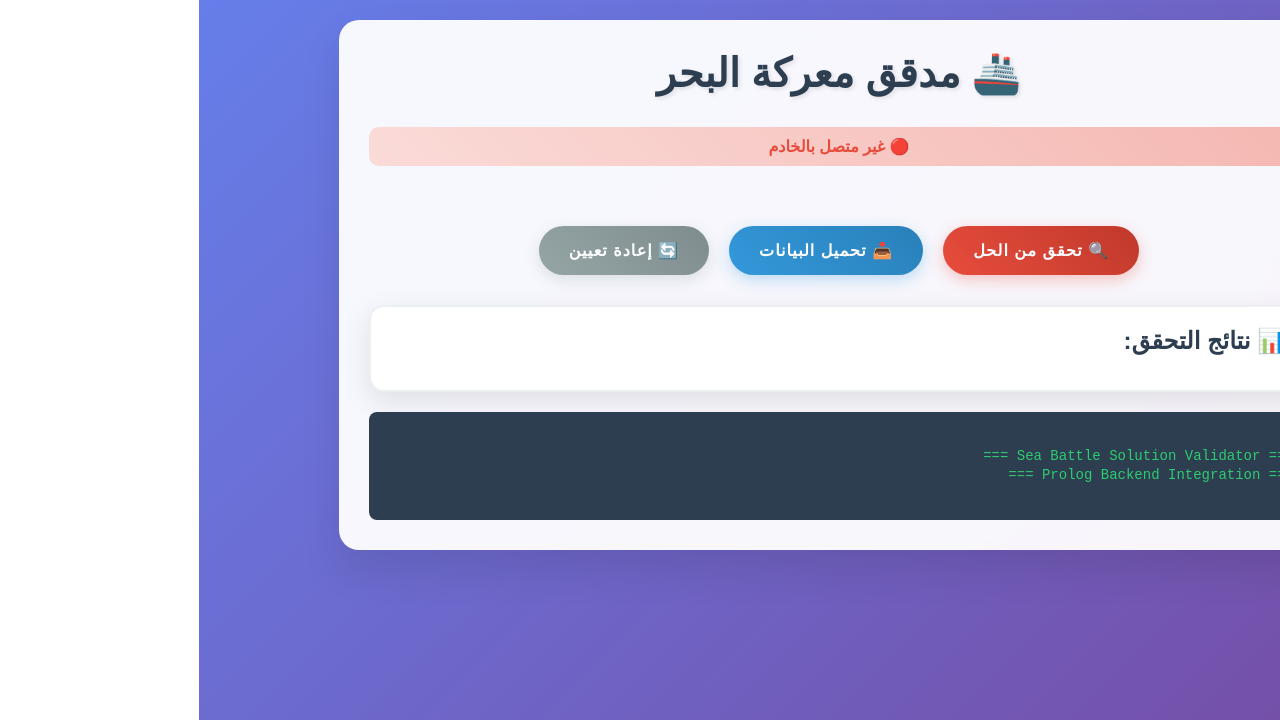
Repository: BORHOMJKJ0/SeaBattle
Page: static/index.html
These files come from the project's save history. The page is drawn as it stood at one moment and after the next save; the edit follows.
The browser window is 1280 px wide. The pictures show the whole page.

Above is the page before, as saved 2025-07-15 10:53:36.
Console error: SyntaxError: Identifier 'SERVER_URL' has already been declared

### static/index.html
<!DOCTYPE html>
<html lang="ar" dir="rtl">
<head>
    <meta charset="UTF-8" />
    <meta name="viewport" content="width=device-width, initial-scale=1" />
    <title>مدقق معركة البحر</title>
    <link rel="stylesheet" href="/styles.css" />
</head>
<body>
    <div class="container">
        <h1>🚢 مدقق معركة البحر</h1>

        <div id="server-status" class="server-status offline">
            🔴 غير متصل بالخادم
        </div>

        <div class="game-board">
            <div class="requirements-top" id="requirements-top"></div>

            <div class="board-rows" id="board-rows">
            </div>
        </div>

        <div class="controls">
            <button class="btn check-btn" id="check-btn">🔍 تحقق من الحل</button>
            <button class="btn load-btn" id="load-btn">📥 تحميل البيانات</button>
            <button class="btn reset-btn" id="reset-btn">🔄 إعادة تعيين</button>
        </div>

        <div class="loading" id="loading">
            <div class="spinner"></div>
            <p>جاري التحقق من الحل...</p>
        </div>

        <div class="results" id="results">
            <h3>📊 نتائج التحقق:</h3>
            <div id="log"></div>
        </div>

        <div class="console-output" id="console">
=== Sea Battle Solution Validator ===
=== Prolog Backend Integration ===
        </div>
    </div>

    <script src="static/script.js" defer ></script>
</body>
</html>

### styles.css
/* styles.css */
* {
    margin: 0;
    padding: 0;
    box-sizing: border-box;
}

body {
    font-family: 'Arial', sans-serif;
    background: linear-gradient(135deg, #667eea 0%, #764ba2 100%);
    min-height: 100vh;
    padding: 20px;
    color: #333;
}

.container {
    max-width: 1000px;
    margin: 0 auto;
    background: rgba(255, 255, 255, 0.95);
    border-radius: 20px;
    padding: 30px;
    box-shadow: 0 20px 40px rgba(0, 0, 0, 0.1);
    backdrop-filter: blur(10px);
    -webkit-backdrop-filter: blur(10px);
}

h1 {
    text-align: center;
    color: #2c3e50;
    margin-bottom: 30px;
    font-size: 2.5em;
    text-shadow: 2px 2px 4px rgba(0, 0, 0, 0.1);
}

.server-status {
    display: flex;
    justify-content: center;
    align-items: center;
    margin-bottom: 20px;
    padding: 10px;
    border-radius: 10px;
    font-weight: bold;
}

.server-status.online {
    background: linear-gradient(45deg, #d5f4e6, #c8e6c9);
    color: #27ae60;
}

.server-status.offline {
    background: linear-gradient(45deg, #fadbd8, #f5b7b1);
    color: #e74c3c;
}

.game-board {
    display: flex;
    flex-direction: column;
    align-items: center;
    margin-bottom: 30px;
}

.requirements-top {
    display: grid;
    gap: 2px;
    margin-bottom: 10px;
}

.req-cell {
    width: 60px;
    height: 40px;
    display: flex;
    align-items: center;
    justify-content: center;
    font-weight: bold;
    font-size: 18px;
    color: #2c3e50;
    background: linear-gradient(45deg, #f39c12, #e67e22);
    border-radius: 8px;
    box-shadow: 0 2px 5px rgba(0, 0, 0, 0.2);
}

.board-row {
    display: flex;
    align-items: center;
    margin: 2px 0;
}

.row-req {
    width: 60px;
    height: 60px;
    display: flex;
    align-items: center;
    justify-content: center;
    font-weight: bold;
    font-size: 18px;
    color: white;
    background: linear-gradient(45deg, #3498db, #2980b9);
    border-radius: 8px;
    margin-left: 10px;
    box-shadow: 0 2px 5px rgba(0, 0, 0, 0.2);
}

.grid {
    display: grid;
    gap: 2px;
    border: 3px solid #34495e;
    border-radius: 10px;
    padding: 5px;
    background: #34495e;
}

.cell {
    width: 60px;
    height: 60px;
    display: flex;
    align-items: center;
    justify-content: center;
    font-size: 28px;
    font-weight: bold;
    border-radius: 5px;
    position: relative;
    user-select: none;
    cursor: default;
}

.sea {
    background: linear-gradient(45deg, #3498db, #2980b9);
    color: white;
    text-shadow: 1px 1px 2px rgba(0, 0, 0, 0.3);
}

.ship {
    background: linear-gradient(45deg, #27ae60, #2ecc71);
    color: white;
    text-shadow: 1px 1px 2px rgba(0, 0, 0, 0.3);
}

.invalid {
    background: linear-gradient(45deg, #e74c3c, #c0392b) !important;
    animation: shake 0.5s ease-in-out;
}

@keyframes shake {
    0%, 100% { transform: translateX(0); }
    25% { transform: translateX(-5px); }
    75% { transform: translateX(5px); }
}

.controls {
    display: flex;
    justify-content: center;
    gap: 20px;
    margin-bottom: 30px;
    flex-wrap: wrap;
}

.btn {
    border: none;
    padding: 15px 30px;
    font-size: 16px;
    font-weight: bold;
    border-radius: 50px;
    cursor: pointer;
    transition: all 0.3s ease;
    text-transform: uppercase;
    letter-spacing: 1px;
    min-width: 150px;
}

.check-btn {
    background: linear-gradient(45deg, #e74c3c, #c0392b);
    color: white;
    box-shadow: 0 5px 15px rgba(231, 76, 60, 0.3);
}

.check-btn:hover {
    transform: translateY(-2px);
    box-shadow: 0 8px 25px rgba(231, 76, 60, 0.4);
}

.load-btn {
    background: linear-gradient(45deg, #3498db, #2980b9);
    color: white;
    box-shadow: 0 5px 15px rgba(52, 152, 219, 0.3);
}

.load-btn:hover {
    transform: translateY(-2px);
    box-shadow: 0 8px 25px rgba(52, 152, 219, 0.4);
}

.reset-btn {
    background: linear-gradient(45deg, #95a5a6, #7f8c8d);
    color: white;
    box-shadow: 0 5px 15px rgba(149, 165, 166, 0.3);
}

.reset-btn:hover {
    transform: translateY(-2px);
    box-shadow: 0 8px 25px rgba(149, 165, 166, 0.4);
}

.btn:active {
    transform: translateY(0);
}

.btn:disabled {
    opacity: 0.6;
    cursor: not-allowed;
    transform: none !important;
}

.loading {
    display: none;
    text-align: center;
    padding: 20px;
}

.spinner {
    width: 40px;
    height: 40px;
    border: 4px solid #f3f3f3;
    border-top: 4px solid #3498db;
    border-radius: 50%;
    animation: spin 1s linear infinite;
    margin: 0 auto 10px;
}

@keyframes spin {
    0% { transform: rotate(0deg); }
    100% { transform: rotate(360deg); }
}

.results {
    background: white;
    border-radius: 15px;
    padding: 20px;
    box-shadow: 0 10px 30px rgba(0, 0, 0, 0.1);
    max-height: 400px;
    overflow-y: auto;
    border: 2px solid #ecf0f1;
    margin-top: 20px;
}

.results h3 {
    color: #2c3e50;
    margin-bottom: 15px;
    font-size: 1.5em;
}

.log-entry {
    padding: 10px;
    margin: 5px 0;
    border-radius: 8px;
    font-weight: bold;
    animation: fadeIn 0.5s ease-in-out;
}

.log-entry.success {
    background: linear-gradient(45deg, #d5f4e6, #c8e6c9);
    color: #27ae60;
    border-left: 4px solid #27ae60;
}

.log-entry.error {
    background: linear-gradient(45deg, #fadbd8, #f5b7b1);
    color: #e74c3c;
    border-left: 4px solid #e74c3c;
}

.log-entry.warning {
    background: linear-gradient(45deg, #fef9e7, #fcf4a3);
    color: #f39c12;
    border-left: 4px solid #f39c12;
}

.log-entry.info {
    background: linear-gradient(45deg, #d6eaf8, #aed6f1);
    color: #3498db;
    border-left: 4px solid #3498db;
}

@keyframes fadeIn {
    from { opacity: 0; transform: translateY(10px); }
    to { opacity: 1; transform: translateY(0); }
}

.console-output {
    background: #2c3e50;
    color: #2ecc71;
    padding: 15px;
    border-radius: 8px;
    font-family: 'Courier New', monospace;
    font-size: 14px;
    margin-top: 20px;
    max-height: 250px;
    overflow-y: auto;
    white-space: pre-wrap;
    line-height: 1.4;
}

@media (max-width: 768px) {
    .game-board {
        width: 100%;
        overflow-x: auto;
    }
    .controls {
        flex-direction: column;
        align-items: center;
    }
}

### static/script.js
console.log('script.js loaded');

const SERVER_URL = 'http://localhost:8080';
const API_ENDPOINTS = {
    validate: `${SERVER_URL}/api/validate`,
    grid: `${SERVER_URL}/api/grid`,
    status: `${SERVER_URL}/api/status`
};

let currentGrid = {
    size: 0,
    cells: [],
    rowRequirements: [],
    colRequirements: [],
    ships: []
};

async function checkServerStatus() {
    const statusElement = document.getElementById('server-status');
    try {
        const res = await fetch(API_ENDPOINTS.status);
        const data = await res.json();
        if (data.status === 'online') {
            statusElement.className = 'server-status online';
            statusElement.textContent = '🟢 متصل بالخادم';
            logToConsole('✅ تم الاتصال بالخادم بنجاح');
            return true;
        } else {
            throw new Error('Server not ready');
        }
    } catch (e) {
        statusElement.className = 'server-status offline';
        statusElement.textContent = '🔴 غير متصل بالخادم';
        logToConsole('❌ فشل الاتصال بالخادم: ' + e.message);
        return false;
    }
}

async function loadGridFromServer() {
    const loadBtn = document.getElementById('load-btn');
    loadBtn.disabled = true;
    clearResults();
    try {
        logToConsole('📥 جاري تحميل البيانات من الخادم...');
        const res = await fetch(API_ENDPOINTS.grid);
        const data = await res.json();

        if (data.size && data.grid && data.row_requirements && data.col_requirements) {
            currentGrid.size = data.size;
            currentGrid.cells = [];
            currentGrid.rowRequirements = data.row_requirements.map(r => r.required);
            currentGrid.colRequirements = data.col_requirements.map(c => c.required);
            currentGrid.ships = data.ships || [];

            for (let r = 0; r < currentGrid.size; r++) {
                currentGrid.cells[r] = [];
                for (let c = 0; c < currentGrid.size; c++) {
                    currentGrid.cells[r][c] = data.grid[r][c].type;
                }
            }

            renderGrid();
            updateColumnRequirements();
            logToConsole('✅ تم تحميل البيانات بنجاح');
        } else {
            throw new Error('Invalid data format');
        }
    } catch (e) {
        logToConsole('❌ خطأ في تحميل البيانات: ' + e.message);
        alert('خطأ في تحميل البيانات من الخادم');
    } finally {
        loadBtn.disabled = false;
    }
}

function updateColumnRequirements() {
    const container = document.getElementById('requirements-top');
    container.innerHTML = '';

    container.style.gridTemplateColumns = `repeat(${currentGrid.size}, 60px)`;

    for (let i = 0; i < currentGrid.size; i++) {
        const div = document.createElement('div');
        div.className = 'req-cell';
        div.textContent = currentGrid.colRequirements[i];
        container.appendChild(div);
    }
}

function renderGrid() {
    const boardRows = document.getElementById('board-rows');
    boardRows.innerHTML = '';

    for (let r = 0; r < currentGrid.size; r++) {
        const rowDiv = document.createElement('div');
        rowDiv.className = 'board-row';

        const gridDiv = document.createElement('div');
        gridDiv.className = 'grid';
        gridDiv.style.gridTemplateColumns = `repeat(${currentGrid.size}, 60px)`;

        for (let c = 0; c < currentGrid.size; c++) {
            const cell = document.createElement('div');
            cell.className = 'cell';
            cell.textContent = currentGrid.cells[r][c] === 'ship' ? '🚢' : '🌊';
            cell.classList.add(currentGrid.cells[r][c] === 'ship' ? 'ship' : 'sea');
            gridDiv.appendChild(cell);
        }

        rowDiv.appendChild(gridDiv);

        const rowReqDiv = document.createElement('div');
        rowReqDiv.className = 'row-req';
        rowReqDiv.textContent = currentGrid.rowRequirements[r];
        rowDiv.appendChild(rowReqDiv);

        boardRows.appendChild(rowDiv);
    }
}

function resetGrid() {
    if (currentGrid.size === 0) return;

    for (let r = 0; r < currentGrid.size; r++) {
        for (let c = 0; c < currentGrid.size; c++) {
            currentGrid.cells[r][c] = 'sea';
        }
    }

    renderGrid();
    clearResults();
    logToConsole('✅ تم إعادة تعيين الشبكة إلى الحالة الافتراضية (كلها بحر)');
}

async function checkSolution() {
    if (currentGrid.size === 0) {
        alert('يرجى تحميل الشبكة أولاً');
        return;
    }

    const loading = document.getElementById('loading');
    const results = document.getElementById('results');
    const log = document.getElementById('log');
    const checkBtn = document.getElementById('check-btn');

    results.style.display = 'none';
    loading.style.display = 'block';
    checkBtn.disabled = true;
    clearInvalidHighlights();

    try {
        logToConsole('🔍 بدء التحقق من الحل...');

        const gridData = currentGrid.cells.map(row => row.map(cell => cell === 'ship' ? 2 : 1));

        const requestData = { grid: gridData };

        const response = await fetch(API_ENDPOINTS.validate, {
            method: 'POST',
            headers: { 'Content-Type': 'application/json' },
            body: JSON.stringify(requestData)
        });

        const validationResult = await response.json();

        loading.style.display = 'none';
        results.style.display = 'block';
        log.innerHTML = '';

        if (validationResult.valid) {
            log.innerHTML = '<div class="log-entry success">✅ الحل صحيح! جميع القواعد محققة.</div>';
            logToConsole('✅ التحقق مكتمل: الحل صحيح');
        } else {
            log.innerHTML = `<div class="log-entry error">❌ الحل غير صحيح:<br>${validationResult.message || 'خطأ في التكوين'}</div>`;
            logToConsole('❌ التحقق مكتمل: الحل غير صحيح');

            if (validationResult.invalid_cells && Array.isArray(validationResult.invalid_cells)) {
                highlightInvalidCells(validationResult.invalid_cells);
            }
        }

    } catch (error) {
        loading.style.display = 'none';
        results.style.display = 'block';
        log.innerHTML = `<div class="log-entry error">❌ خطأ أثناء التحقق: ${error.message}</div>`;
        logToConsole('❌ خطأ أثناء التحقق: ' + error.message);
    } finally {
        checkBtn.disabled = false;
    }
}

function highlightInvalidCells(invalidCells) {
    const boardRows = document.getElementById('board-rows');
    invalidCells.forEach(([r, c]) => {
        const rowDiv = boardRows.children[r];
        if (!rowDiv) return;

        const gridDiv = rowDiv.querySelector('.grid');
        if (!gridDiv) return;

        const cell = gridDiv.children[c];
        if (!cell) return;

        cell.classList.add('invalid');
    });
}

function clearInvalidHighlights() {
    const cells = document.querySelectorAll('.cell.invalid');
    cells.forEach(cell => cell.classList.remove('invalid'));
}

function clearResults() {
    const results = document.getElementById('results');
    const log = document.getElementById('log');
    results.style.display = 'none';
    log.innerHTML = '';
    clearInvalidHighlights();
}

function logToConsole(text) {
    const consoleEl = document.getElementById('console');
    consoleEl.textContent += '\n' + text;
    consoleEl.scrollTop = consoleEl.scrollHeight;
}


window.addEventListener('DOMContentLoaded', () => {
    console.log('DOMContentLoaded fired');

    console.log('document.readyState:', document.readyState);
    console.log('load-btn:', document.getElementById('load-btn'));
    console.log('reset-btn:', document.getElementById('reset-btn'));
    console.log('check-btn:', document.getElementById('check-btn'));

    document.getElementById('load-btn').addEventListener('click', async () => {
        if (!(await checkServerStatus())) {
            alert('لا يمكن الاتصال بالخادم. تحقق من تشغيل الخادم.');
            return;
        }
        await loadGridFromServer();
    });

    document.getElementById('reset-btn').addEventListener('click', () => {
        resetGrid();
    });

    document.getElementById('check-btn').addEventListener('click', async () => {
        await checkSolution();
    });

    (async () => {
        if (await checkServerStatus()) {
            await loadGridFromServer();
        }
    })();
});
const SERVER_URL = 'http://localhost:8080';
const API_ENDPOINTS = {
    validate: `${SERVER_URL}/api/validate`,
    grid: `${SERVER_URL}/api/grid`,
    status: `${SERVER_URL}/api/status`
};

let currentGrid = {
    size: 0,
    cells: [],
    rowRequirements: [],
    colRequirements: [],
    ships: []
};

async function checkServerStatus() {
    const statusElement = document.getElementById('server-status');
    try {
        const res = await fetch(API_ENDPOINTS.status);
        const data = await res.json();
        if (data.status === 'online') {
            statusElement.className = 'server-status online';
            statusElement.textContent = '🟢 متصل بالخادم';
            logToConsole('✅ تم الاتصال بالخادم بنجاح');
            return true;
        } else {
            throw new Error('Server not ready');
        }
    } catch (e) {
        statusElement.className = 'server-status offline';
        statusElement.textContent = '🔴 غير متصل بالخادم';
        logToConsole('❌ فشل الاتصال بالخادم: ' + e.message);
        return false;
    }
}

async function loadGridFromServer() {
    const loadBtn = document.getElementById('load-btn');
    loadBtn.disabled = true;
    clearResults();
    try {
        logToConsole('📥 جاري تحميل البيانات من الخادم...');
        const res = await fetch(API_ENDPOINTS.grid);
        const data = await res.json();

        if (data.size && data.grid && data.row_requirements && data.col_requirements) {
            currentGrid.size = data.size;
            currentGrid.cells = [];
            currentGrid.rowRequirements = data.row_requirements.map(r => r.required);
            currentGrid.colRequirements = data.col_requirements.map(c => c.required);
            currentGrid.ships = data.ships || [];

            for (let r = 0; r < currentGrid.size; r++) {
                currentGrid.cells[r] = [];
                for (let c = 0; c < currentGrid.size; c++) {
                    currentGrid.cells[r][c] = data.grid[r][c].type;
                }
            }

            renderGrid();
            updateColumnRequirements();
            logToConsole('✅ تم تحميل البيانات بنجاح');
        } else {
            throw new Error('Invalid data format');
        }
    } catch (e) {
        logToConsole('❌ خطأ في تحميل البيانات: ' + e.message);
        alert('خطأ في تحميل البيانات من الخادم');
    } finally {
        loadBtn.disabled = false;
    }
}

function updateColumnRequirements() {
    const container = document.getElementById('requirements-top');
    container.innerHTML = '';

    container.style.gridTemplateColumns = `repeat(${currentGrid.size}, 60px)`;

    for (let i = 0; i < currentGrid.size; i++) {
        const div = document.createElement('div');
        div.className = 'req-cell';
        div.textContent = currentGrid.colRequirements[i];
        container.appendChild(div);
    }
}

function renderGrid() {
    const boardRows = document.getElementById('board-rows');
    boardRows.innerHTML = '';

    for (let r = 0; r < currentGrid.size; r++) {
        const rowDiv = document.createElement('div');
        rowDiv.className = 'board-row';

        const gridDiv = document.createElement('div');
        gridDiv.className = 'grid';
        gridDiv.style.gridTemplateColumns = `repeat(${currentGrid.size}, 60px)`;

        for (let c = 0; c < currentGrid.size; c++) {
            const cell = document.createElement('div');
            cell.className = 'cell';
            cell.textContent = currentGrid.cells[r][c] === 'ship' ? '🚢' : '🌊';
            cell.classList.add(currentGrid.cells[r][c] === 'ship' ? 'ship' : 'sea');
            gridDiv.appendChild(cell);
        }

        rowDiv.appendChild(gridDiv);

        const rowReqDiv = document.createElement('div');
        rowReqDiv.className = 'row-req';
        rowReqDiv.textContent = currentGrid.rowRequirements[r];
        rowDiv.appendChild(rowReqDiv);

        boardRows.appendChild(rowDiv);
    }
}

function resetGrid() {
    if (currentGrid.size === 0) return;

    for (let r = 0; r < currentGrid.size; r++) {
        for (let c = 0; c < currentGrid.size; c++) {
            currentGrid.cells[r][c] = 'sea';
        }
    }

    renderGrid();
    clearResults();
    logToConsole('✅ تم إعادة تعيين الشبكة إلى الحالة الافتراضية (كلها بحر)');
}

async function checkSolution() {
    if (currentGrid.size === 0) {
        alert('يرجى تحميل الشبكة أولاً');
        return;
    }

    const loading = document.getElementById('loading');
    const results = document.getElementById('results');
    const log = document.getElementById('log');
    const checkBtn = document.getElementById('check-btn');

    results.style.display = 'none';
    loading.style.display = 'block';
    checkBtn.disabled = true;
    clearInvalidHighlights();

    try {
        logToConsole('🔍 بدء التحقق من الحل...');

        const gridData = currentGrid.cells.map(row => row.map(cell => cell === 'ship' ? 2 : 1));

        const requestData = { grid: gridData };

        const response = await fetch(API_ENDPOINTS.validate, {
            method: 'POST',
            headers: { 'Content-Type': 'application/json' },
            body: JSON.stringify(requestData)
        });

        const validationResult = await response.json();

        loading.style.display = 'none';
        results.style.display = 'block';
        log.innerHTML = '';

        if (validationResult.valid) {
            log.innerHTML = '<div class="log-entry success">✅ الحل صحيح! جميع القواعد محققة.</div>';
            logToConsole('✅ التحقق مكتمل: الحل صحيح');
        } else {
            log.innerHTML = `<div class="log-entry error">❌ الحل غير صحيح:<br>${validationResult.message || 'خطأ في التكوين'}</div>`;
            logToConsole('❌ التحقق مكتمل: الحل غير صحيح');

            if (validationResult.invalid_cells && Array.isArray(validationResult.invalid_cells)) {
                highlightInvalidCells(validationResult.invalid_cells);
            }
        }

    } catch (error) {
        loading.style.display = 'none';
        results.style.display = 'block';
        log.innerHTML = `<div class="log-entry error">❌ خطأ أثناء التحقق: ${error.message}</div>`;
        logToConsole('❌ خطأ أثناء التحقق: ' + error.message);
    } finally {
        checkBtn.disabled = false;
    }
}

function highlightInvalidCells(invalidCells) {
    const boardRows = document.getElementById('board-rows');
    invalidCells.forEach(([r, c]) => {
        const rowDiv = boardRows.children[r];
        if (!rowDiv) return;

        const gridDiv = rowDiv.querySelector('.grid');
        if (!gridDiv) return;

        const cell = gridDiv.children[c];
        if (!cell) return;

        cell.classList.add('invalid');
    });
}

function clearInvalidHighlights() {
    const cells = document.querySelectorAll('.cell.invalid');
    cells.forEach(cell => cell.classList.remove('invalid'));
}

function clearResults() {
    const results = document.getElementById('results');
    const log = document.getElementById('log');
    results.style.display = 'none';
    log.innerHTML = '';
    clearInvalidHighlights();
}

function logToConsole(text) {
    const consoleEl = document.getElementById('console');
    consoleEl.textContent += '\n' + text;
    consoleEl.scrollTop = consoleEl.scrollHeight;
}


window.addEventListener('DOMContentLoaded', () => {
    document.getElementById('load-btn').addEventListener('click', async () => {
        if (!(await checkServerStatus())) {
            alert('لا يمكن الاتصال بالخادم. تحقق من تشغيل الخادم.');
            return;
        }
        await loadGridFromServer();
    });

    document.getElementById('reset-btn').addEventListener('click', () => {
        resetGrid();
    });

    document.getElementById('check-btn').addEventListener('click', async () => {
        await checkSolution();
    });

    (async () => {
        if (await checkServerStatus()) {
            await loadGridFromServer();
        }
    })();
});

After the next save:
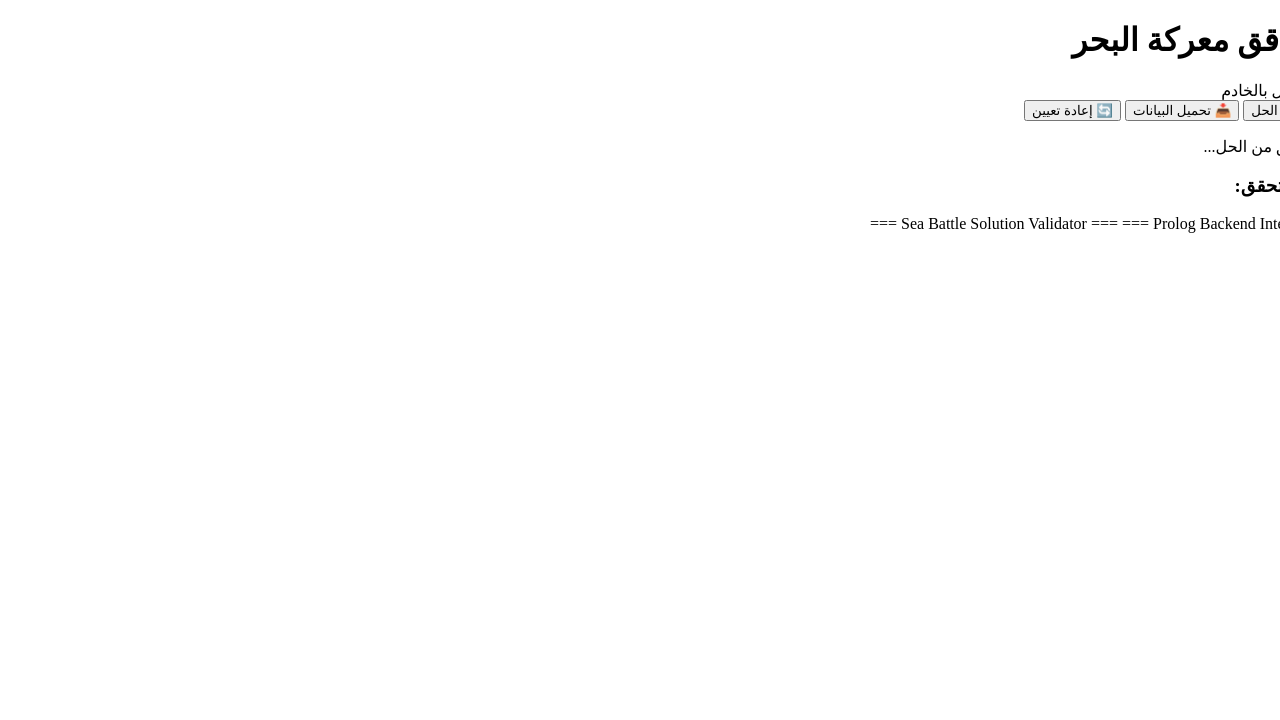
Saved 6 s later.
--- a/static/index.html
+++ b/static/index.html
@@ -4,7 +4,7 @@
     <meta charset="UTF-8" />
     <meta name="viewport" content="width=device-width, initial-scale=1" />
     <title>مدقق معركة البحر</title>
-    <link rel="stylesheet" href="/styles.css" />
+    <link rel="stylesheet" href="./" />
 </head>
 <body>
     <div class="container">
